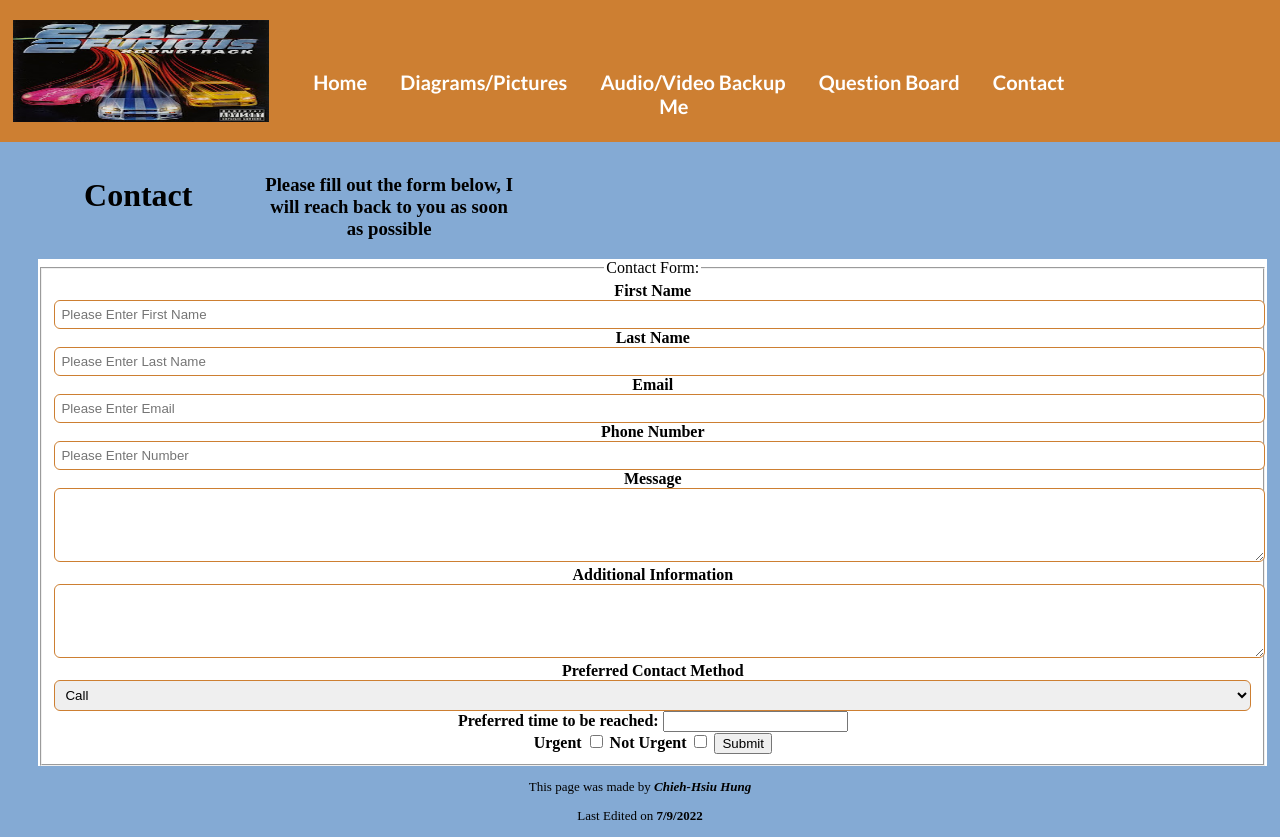
Repository: Chieh0501/fa22-cse110-lab3
Page: contacts.html
These files come from the project's save history. The page is drawn as it stood at one moment and after the next save; the edit follows.
The browser window is 1280 px wide. The pictures show the whole page.

Above is the page before, as saved 2022-10-13 04:44:59.

After the next save:
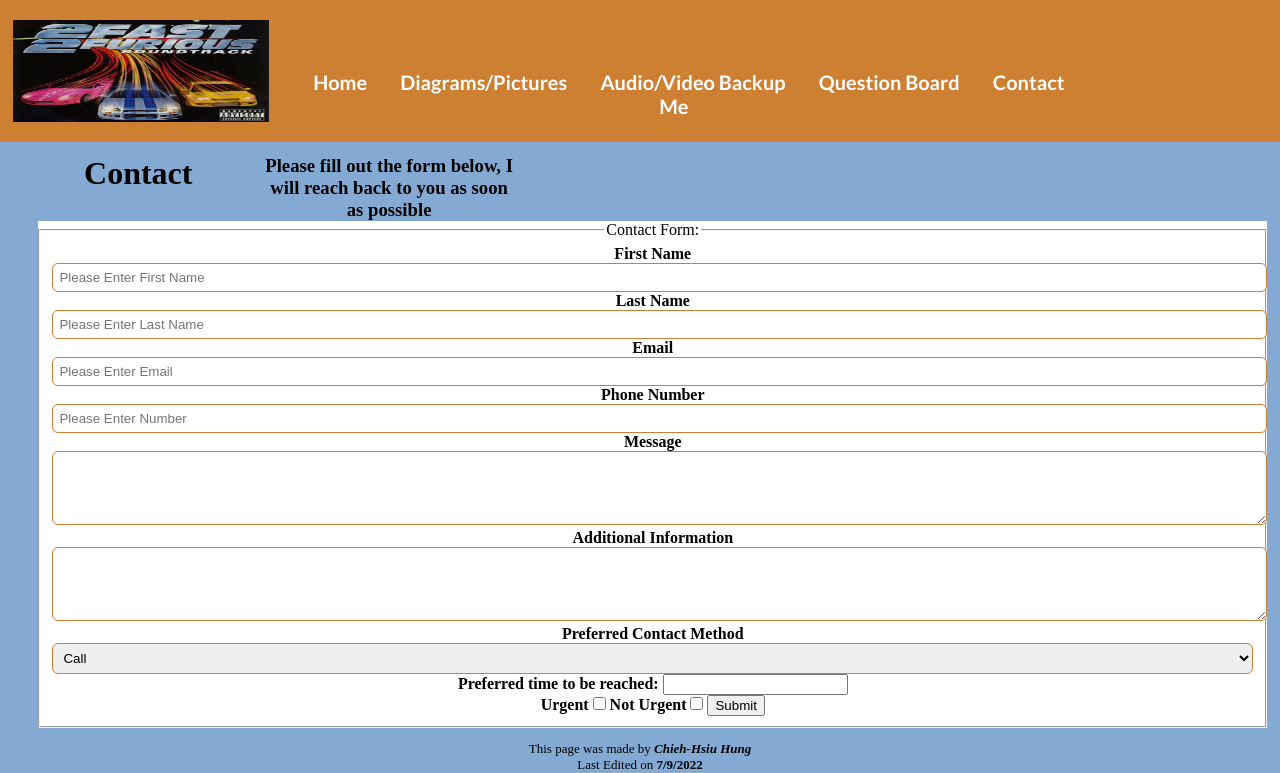
Saved 3 min 9 s later.
--- a/styles/main.css
+++ b/styles/main.css
@@ -55,7 +55,9 @@
   font-family: "Lato", bold;
   background: var(--accent-color-1);
 }
-
+* {
+  margin: 0px;
+}
 #logo {
   margin-left: 1vw;
   float: left;
